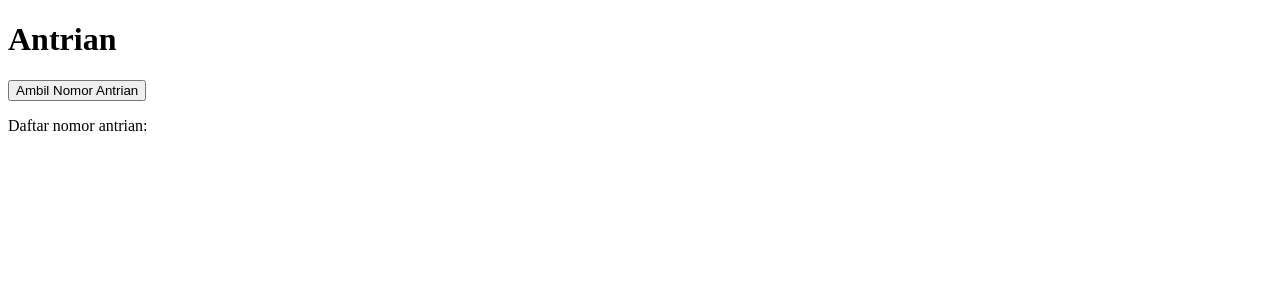
Repository: IwanWinata/AntriApps
Page: Downloads/eclipse-workspace (2)/eclipse-workspace/webAntriApps/AntriApps/src/main/webapp/index.html
An editor plug-in stored every save of this project. The page is shown before and after the next save, followed by the edit.
The browser window is 1280 px wide. The pictures show the whole page.

Above is the page before, as saved 2024-01-14 03:48:07.

### Downloads/eclipse-workspace (2)/eclipse-workspace/webAntriApps/AntriApps/src/main/webapp/index.html
<!DOCTYPE html>
<html lang="en">
<head>
    <meta charset="UTF-8">
    <title>Antrian</title>
</head>
<body>
    <h1>Antrian</h1>

    <form action="AntrianServlet" method="post">
        <input type="submit" value="Ambil Nomor Antrian">
    </form>

   <p>Daftar nomor antrian:</p>
<ul id="daftarAntrian">
</ul>

<script>
    var daftarAntrian = {daftarAntrian};
    var ul = document.getElementById("daftarAntrian");

    for (var i = 0; i < daftarAntrian.length; i++) {
        var li = document.createElement("li");
        li.appendChild(document.createTextNode(daftarAntrian[i]));
        ul.appendChild(li);
    }
</script>


</body>
</html>

After the next save:
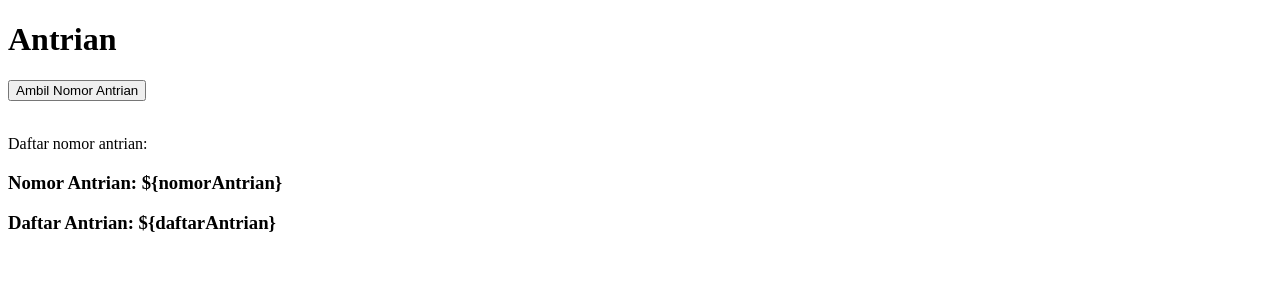
Saved 2 min 0 s later.
--- a/Downloads/eclipse-workspace (2)/eclipse-workspace/webAntriApps/AntriApps/src/main/webapp/index.html
+++ b/Downloads/eclipse-workspace (2)/eclipse-workspace/webAntriApps/AntriApps/src/main/webapp/index.html
@@ -11,20 +11,26 @@
         <input type="submit" value="Ambil Nomor Antrian">
     </form>
 
-   <p>Daftar nomor antrian:</p>
-<ul id="daftarAntrian">
-</ul>
+   <br>
 
-<script>
-    var daftarAntrian = {daftarAntrian};
-    var ul = document.getElementById("daftarAntrian");
+    <p>Daftar nomor antrian:</p>
+    <ul id="daftarAntrian">
+        <!-- Daftar nomor antrian akan ditambahkan di sini oleh JavaScript -->
+    </ul>
 
-    for (var i = 0; i < daftarAntrian.length; i++) {
-        var li = document.createElement("li");
-        li.appendChild(document.createTextNode(daftarAntrian[i]));
-        ul.appendChild(li);
-    }
-</script>
+    <h3>Nomor Antrian: ${nomorAntrian}</h3>
+    <h3>Daftar Antrian: ${daftarAntrian}</h3>
+
+    <script>
+        var daftarAntrian = {daftarAntrian};
+        var ul = document.getElementById("daftarAntrian");
+
+        for (var i = 0; i < daftarAntrian.length; i++) {
+            var li = document.createElement("li");
+            li.appendChild(document.createTextNode(daftarAntrian[i]));
+            ul.appendChild(li);
+        }
+    </script>
 
 
 </body>

After the save that followed:
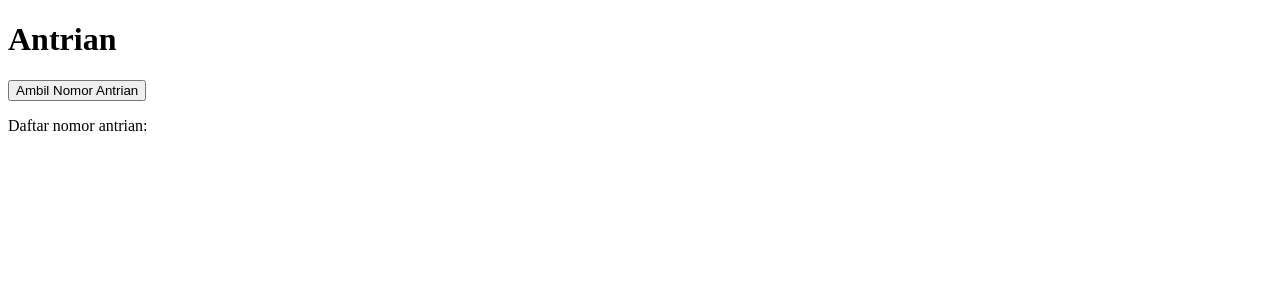
Saved 87 s later.
--- a/Downloads/eclipse-workspace (2)/eclipse-workspace/webAntriApps/AntriApps/src/main/webapp/index.html
+++ b/Downloads/eclipse-workspace (2)/eclipse-workspace/webAntriApps/AntriApps/src/main/webapp/index.html
@@ -11,27 +11,8 @@
         <input type="submit" value="Ambil Nomor Antrian">
     </form>
 
-   <br>
-
     <p>Daftar nomor antrian:</p>
-    <ul id="daftarAntrian">
-        <!-- Daftar nomor antrian akan ditambahkan di sini oleh JavaScript -->
+    <ul>
     </ul>
-
-    <h3>Nomor Antrian: ${nomorAntrian}</h3>
-    <h3>Daftar Antrian: ${daftarAntrian}</h3>
-
-    <script>
-        var daftarAntrian = {daftarAntrian};
-        var ul = document.getElementById("daftarAntrian");
-
-        for (var i = 0; i < daftarAntrian.length; i++) {
-            var li = document.createElement("li");
-            li.appendChild(document.createTextNode(daftarAntrian[i]));
-            ul.appendChild(li);
-        }
-    </script>
-
-
 </body>
 </html>
